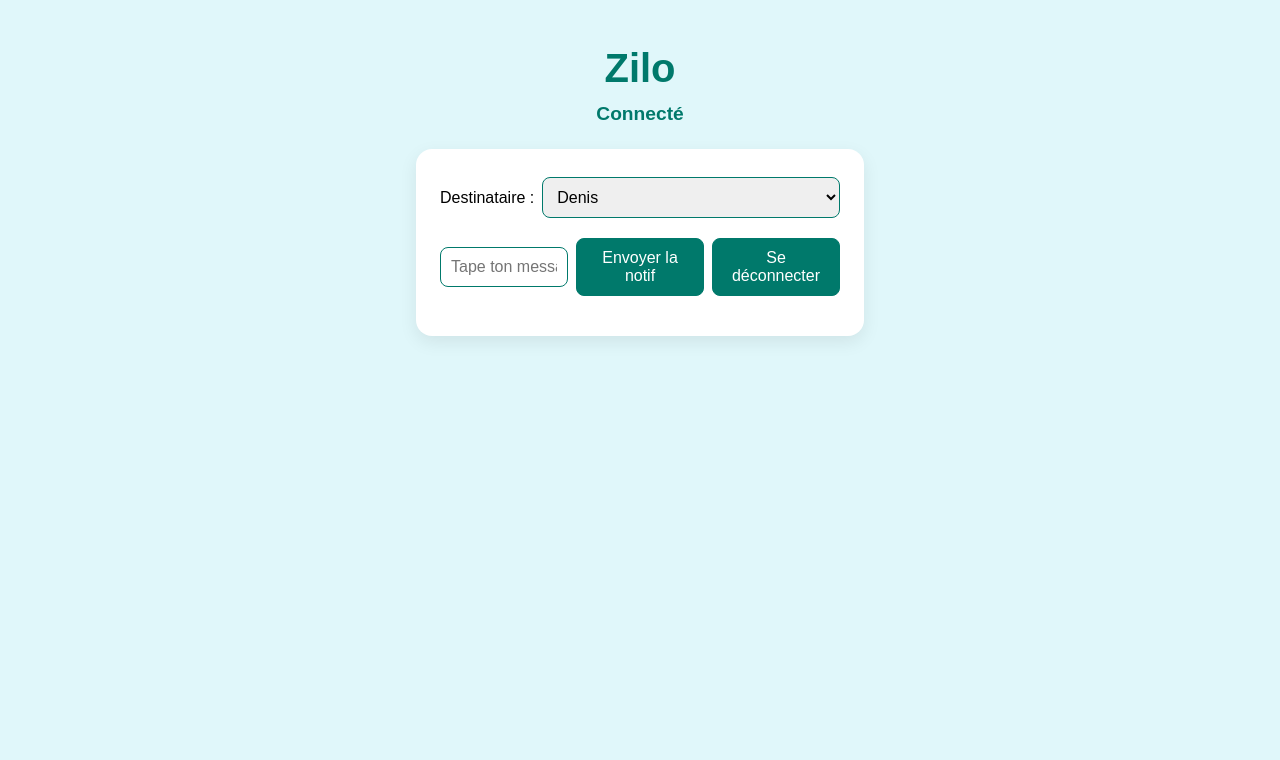
Repository: nlagardere/LumoNet
Page: public/index.html
An editor plug-in stored every save of this project. The page is shown before and after a run of saves, followed by the edit.
The browser window is 1280 px wide. The pictures show the whole page.

Above is the page before, as saved 2025-08-18 20:24:41.

### public/index.html
<!DOCTYPE html>
<html lang="fr">
<head>
  <meta charset="UTF-8" />
  <meta name="viewport" content="width=device-width, initial-scale=1.0" />
  <title>Zilo</title>
  <style>
    body {
      font-family: Arial, sans-serif;
      margin:0;
      padding:0;
      min-height:100vh;
      background:#e0f7fa;
      display:flex;
      flex-direction:column;
      align-items:center;
      padding-top:40px; /* espace en haut pour le header */
    }

    h1, h2 {
      color:#00796b;
      margin:6px 0;
      text-align:center;
    }

    h1 {
      font-size:2.5em;
    }

    h2 {
      font-size:1.2em;
      margin-bottom:24px;
    }

    .card {
      background:#fff;
      padding:24px;
      border-radius:16px;
      box-shadow:0 6px 18px rgba(0,0,0,0.08);
      width:90%;
      max-width:400px;
      display:flex;
      flex-direction:column;
      align-items:center;

    }

    .row {
      display:flex;
      gap:8px;
      flex-wrap:wrap;
      align-items:center;
      justify-content:center;
      width:100%;
      margin-bottom:12px;
    }

    select, input, button {
      margin:4px 0;
      padding:10px;
      font-size:16px;
      border-radius:8px;
      border:1px solid #00796b;
      flex:1;
      min-width:100px;
    }

    button {
      background:#00796b;
      color:#fff;
      cursor:pointer;
      transition: background 0.3s;
    }

    button:hover {
      background:#004d40;
    }

    @media (max-width: 500px) {
      h1 { font-size:2em; }
      h2 { font-size:1em; }
      input, select, button { font-size:14px; padding:8px; }
    }
  </style>
</head>
<body>
  <h1>Zilo</h1>
  <h2 id="welcome">Connecté</h2>

  <div class="card">
    <div class="row">
      <label for="recipient">Destinataire :</label>
      <select id="recipient">
        <option value="denis">Denis</option>
        <option value="nathan">Nathan</option>
      </select>
    </div>

    <div class="row">
      <input id="message" type="text" placeholder="Tape ton message ici !" />
      <button id="send">Envoyer la notif</button>
      <button id="logout">Se déconnecter</button>
    </div>
  </div>

  <script>
    const messageInput = document.getElementById('message');

    async function send(){
      const recipient = document.getElementById('recipient').value;
      const message = messageInput.value.trim();
      if(!message){ alert('Écris un message !'); return; }

      const res = await fetch('/api/send', {
        method:'POST', headers:{'Content-Type':'application/json'},
        body: JSON.stringify({ recipient, message })
      });
      const data = await res.json();
      if(data.ok){
        messageInput.value = '';
        alert('Notification envoyée !');
      } else {
        if(res.status === 401){
          window.location.href = '/login.html';
        } else {
          alert('Erreur : ' + (data.error||'inconnue'));
        }
      }
    }

    async function logout(){
      await fetch('/api/logout');
      window.location.href = '/login.html';
    }

    document.getElementById('send').addEventListener('click', send);
    document.getElementById('logout').addEventListener('click', logout);
    messageInput.addEventListener('keydown', e => { if(e.key==='Enter') send(); });
  </script>
</body>
</html>

After the next 4 saves:
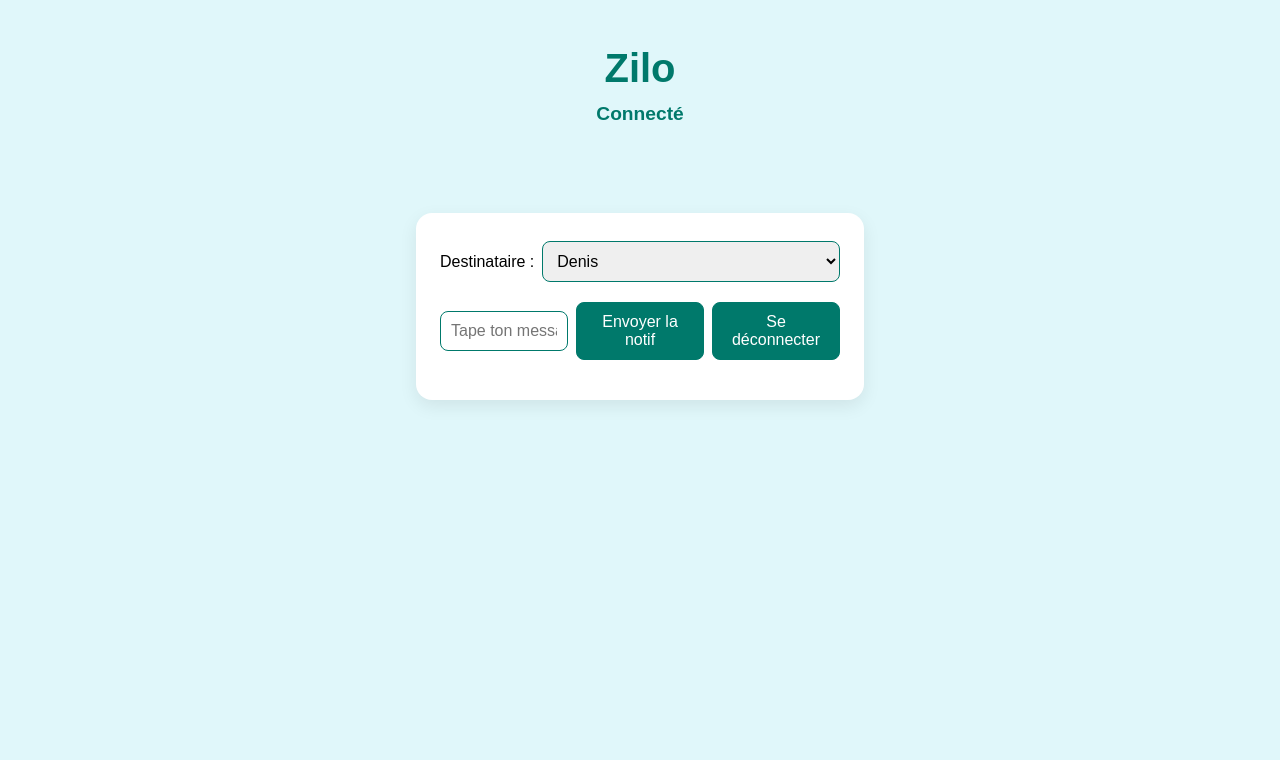
The 4 saves are shown as one change because they came seconds apart.
The last was saved 27 s later.
--- a/public/index.html
+++ b/public/index.html
@@ -42,7 +42,7 @@
       display:flex;
       flex-direction:column;
       align-items:center;
-
+      margin: 5%;
     }
 
     .row {
